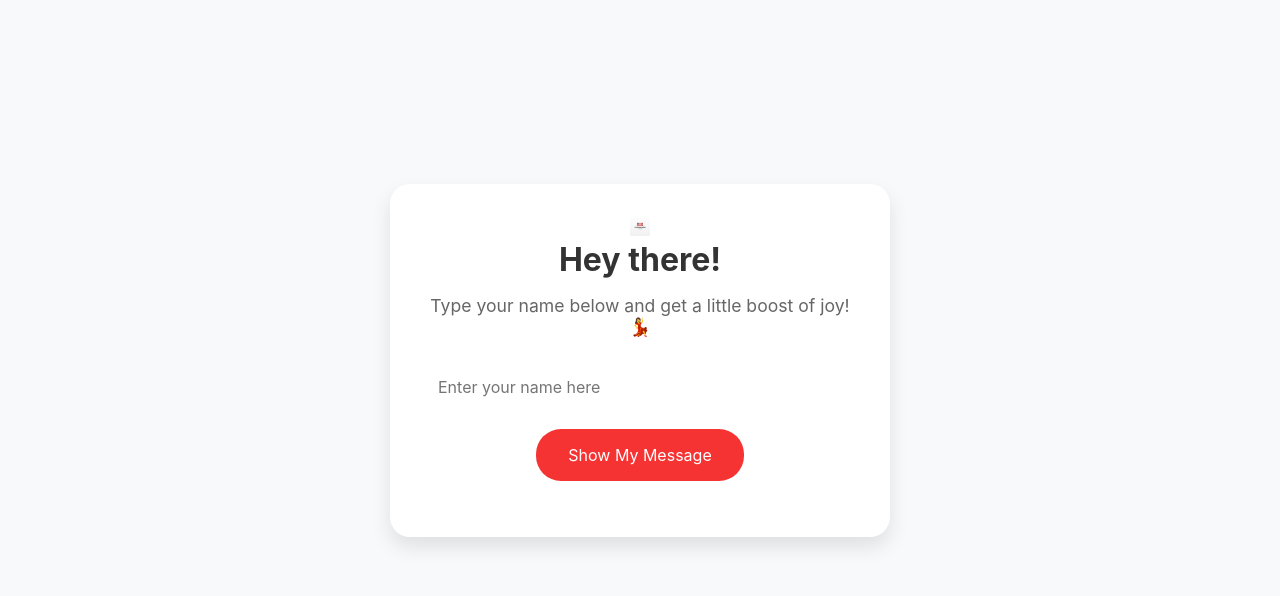
Repository: joelojieabu/biblicalWordsOfEncouragement
Page: index.html
An editor plug-in stored every save of this project. The page is shown before and after a run of saves, followed by the edit.
The browser window is 1280 px wide. The pictures show the whole page.

Above is the page before, as saved 2024-12-28 10:11:03.

### index.html
<!DOCTYPE html>
<html lang="en">
  <head>
    <meta charset="UTF-8" />
    <meta name="viewport" content="width=device-width, initial-scale=1.0" />
    <title>Words of Encouragement</title>
    <style>
      * {
        margin: 0;
        padding: 0;
        box-sizing: border-box;
        font-family: -apple-system, BlinkMacSystemFont, "Segoe UI", Roboto,
          sans-serif;
      }

      body {
        min-height: 100vh;
        display: flex;
        justify-content: center;
        align-items: center;
        background-color: #f8f9fa;
      }

      .card {
        background-color: #fff;
        padding: 2rem;
        border-radius: 20px;
        box-shadow: 0 10px 20px rgba(0, 0, 0, 0.1);
        width: 90%;
        max-width: 500px;
        text-align: center;
        transition: transform 0.3s ease;
      }

      .card:hover {
        transform: translateY(-5px);
      }

      h1 {
        color: #333;
        margin-bottom: 1rem;
        font-size: 2rem;
      }

      .subtitle {
        color: #666;
        margin-bottom: 1.5rem;
        font-size: 1.1rem;
      }

      input {
        width: 100%;
        padding: 1rem;
        margin-bottom: 1rem;
        border: none;
        border-radius: 10px;
        font-size: 1rem;
        outline: none;
      }

      button {
        background-color: rgb(246, 51, 51);
        color: white;
        border: none;
        padding: 1rem 2rem;
        border-radius: 25px;
        cursor: pointer;
        font-size: 1rem;
        transition: background-color 0.3s ease;
      }

      button:hover {
        background-color: rgb(250, 147, 147);
      }

      #message {
        margin-top: 1.5rem;
        color: #444;
        font-size: 1.1rem;
        opacity: 0;
        transition: opacity 0.5s ease;
      }

      #message.visible {
        opacity: 1;
      }

      .heart {
        color: #ff4d6d;
        display: inline-block;
        animation: beat 1s infinite;
      }

      @keyframes beat {
        0%,
        100% {
          transform: scale(1);
        }
        50% {
          transform: scale(1.2);
        }
      }
    </style>
  </head>
  <body>
    <div class="card">
      <img src="../cci-image.jpg" width="20" height="20">
      <h1>Hey there!</h1>
      <p class="subtitle">
        Type your name below and get a little boost of joy! 💃
      </p>
      <input type="text" id="nameInput" placeholder="Enter your name here" />
      <button onclick="showMessage()">Show My Message</button>
      <p id="message"></p>
    </div>

    <script>
      const messages = [
        "Beloved, My help is on the way. Isaiah 51:5",
        "Precious One, You belong to Me. When you go through deep waters, I will be right there with you. Isaiah 43:1-2",
        "Dearest One, My Spirit is with you always. Isaiah 11:2",
        "Precious Child, I have written your name on My hands. You are always in My thoughts. Isaiah 49:16",
        "My Child, I go before you and behind you. I am holding you with My hand. Psalm 139:5",
        "Beloved, I am the One who makes all things new. Trust that I am working in your life. Revelation 21:5",
        "Beloved, You are never alone. I am with you wherever you go. Joshua 1:9",
        "My Child, I know every detail of your life. I have numbered even the hairs on your head. Matthew 10:30",
        "Beloved, I know your heart and hear your cries. I am near, comforting you always. Psalm 34:18",
        "My Precious One, I am your God who takes hold of your right hand and says, 'Do not fear; I will help you.' Isaiah 41:13",
        "My Dearest Child, I am with you in every trial and every joy. You are never out of My sight. Psalm 139:7-10",
        "My Child, When you call on Me, I will answer; when you seek Me, you will find Me. Jeremiah 33:3",
        "Beloved, I am your peace; let not your heart be troubled or afraid. John 14:27",
        "Dear One, I, The Lord who see you, will restore to you the years that the locust has eaten. Joel 2:25",
        "My Child, Though you walk through valleys, fear no evil, for I am with you always. Psalm 23:4",
        "Precious One, I am your shepherd; with Me, you lack nothing. Psalm 23:1-2",
        "Beloved, You are never alone. Hebrews 13:5",
        "Dearest Child, The mountains may skip like lambs, and the hills be removed, but My love shall not depart from you. Isaiah 54:10",
        "Beloved, Be strong and courageous. Do not be afraid, for I go with you wherever you go. Joshua 1:9",
        "My Dear, I know the plans I have for you, plans to prosper you and not to harm you, plans to give you hope and a future. Jeremiah 29:11",
        "My beloved, you are wonderfully made, and I see every detail of your heart and soul. You are precious to me. Psalm 139:14",
        "Even in your struggles, my love for you remains steadfast. There is nothing that can separate us. Romans 8:38-39",
        "Trust in my love, for I hold your heart in my hands. Share with me your fears and joys. Psalm 55:22",
        "Your laughter brings me joy, and your smiles light up my heart. You are a treasure to me. Zephaniah 3:17",
        "In your trials, I am molding you into something beautiful. Trust that I am at work in you. Romans 8:28",
        "Just as an artist pours love into their creation, I have crafted you with purpose and beauty. Ephesians 2:10",
        "I placed dreams in your heart for a reason. Pursue them with courage, and I will be with you. Jeremiah 29:11",
      ];

      function showMessage() {
        const nameInput = document.getElementById("nameInput");
        const messageElement = document.getElementById("message");
        const name = nameInput.value.trim();

        if (name === "") {
          alert("Please enter your name");
          return;
        }

        const randomMessage =
          messages[Math.floor(Math.random() * messages.length)];
        messageElement.innerHTML = `${name}, ${randomMessage} <span class="heart">❤</span>`;
        messageElement.classList.add("visible");
      }

      // Allow Enter key to trigger the button
      document
        .getElementById("nameInput")
        .addEventListener("keypress", function (e) {
          if (e.key === "Enter") {
            showMessage();
          }
        });
    </script>
  </body>
</html>

After the next 2 saves:
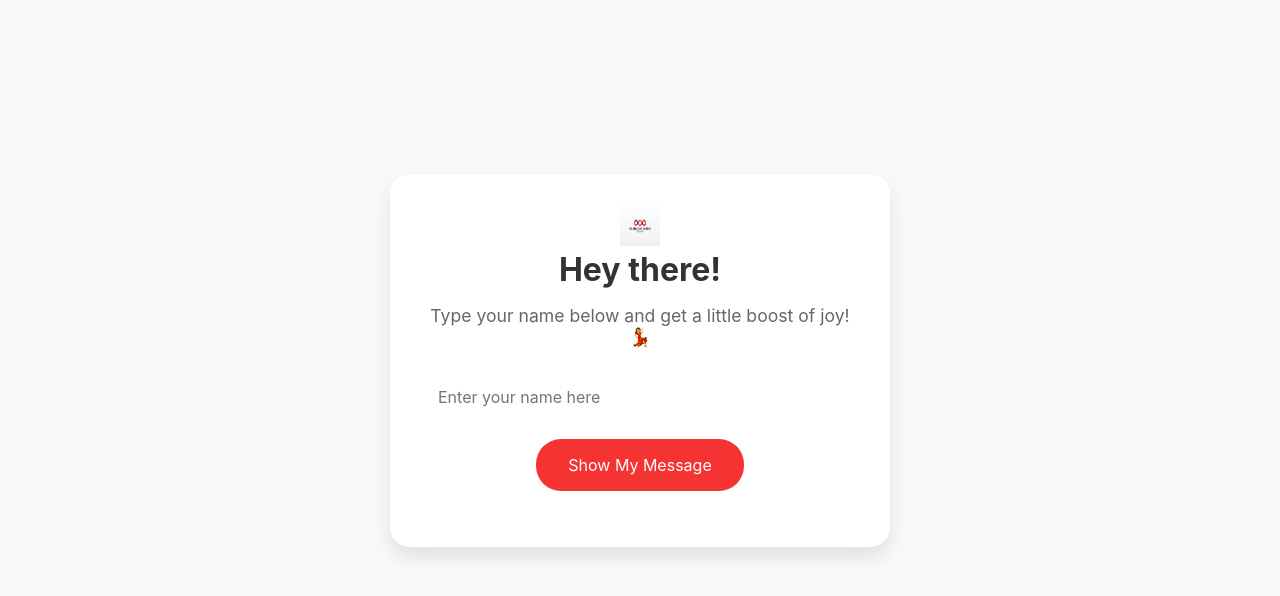
The 2 saves are shown as one change because they came seconds apart.
The last was saved 7 s later.
--- a/index.html
+++ b/index.html
@@ -104,7 +104,7 @@
   </head>
   <body>
     <div class="card">
-      <img src="../cci-image.jpg" width="20" height="20">
+      <img src="../cci-image.jpg" width="40" height="40">
       <h1>Hey there!</h1>
       <p class="subtitle">
         Type your name below and get a little boost of joy! 💃
